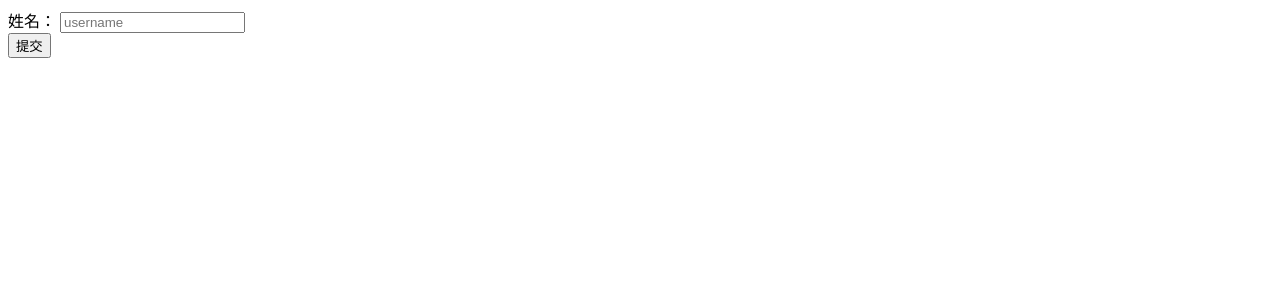
Repository: CodeHuai/vue_note
Page: 登陆选项切换/index.html
The author's editor kept a copy of each file at every save. The page is drawn from the files as they stood at one save, then again after the next save.
The browser window is 1280 px wide. The pictures show the whole page.

Above is the page before, as saved 2021-07-01 10:00:21.

### 登陆选项切换/index.html
<!DOCTYPE html>
<html lang="en">

<head>
    <meta charset="UTF-8">
    <meta http-equiv="X-UA-Compatible" content="IE=edge">
    <meta name="viewport" content="width=device-width, initial-scale=1.0">
    <title>Document</title>
</head>

<div id="app">
    <div v-if=''>
        <label for="username">
            姓名： <input type="text" placeholder="username">
        </label>
    </div>
    <div v-else>
        <label for="email">
            邮箱: <input type="text" placeholder="email">
        </label>
    </div>
    <button>提交</button>
</div>

<body>
    <script src="../js/vue.js"></script>
    <script>
        const vue = new Vue({
            el: '#app',
            data: {

            }
        });
    </script>
</body>

</html>

Loaded but not shown: js/vue.js (library)

After the next save:
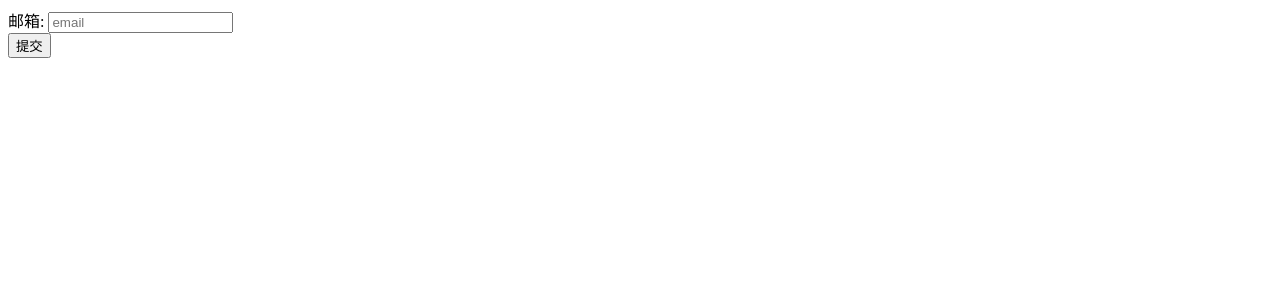
Saved 13 s later.
--- a/登陆选项切换/index.html
+++ b/登陆选项切换/index.html
@@ -9,7 +9,7 @@
 </head>
 
 <div id="app">
-    <div v-if=''>
+    <div v-if=false>
         <label for="username">
             姓名： <input type="text" placeholder="username">
         </label>

After the 4 saves that followed:
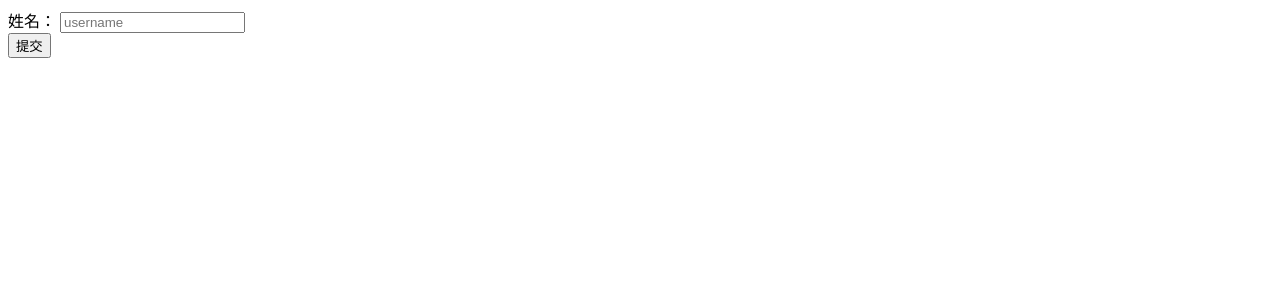
The 4 saves are shown as one change because 3 left the picture as it was.
The last was saved 48 s later.
--- a/登陆选项切换/index.html
+++ b/登陆选项切换/index.html
@@ -9,7 +9,7 @@
 </head>
 
 <div id="app">
-    <div v-if=false>
+    <div v-if='flag'>
         <label for="username">
             姓名： <input type="text" placeholder="username">
         </label>
@@ -28,7 +28,7 @@
         const vue = new Vue({
             el: '#app',
             data: {
-
+                flag: true
             }
         });
     </script>
